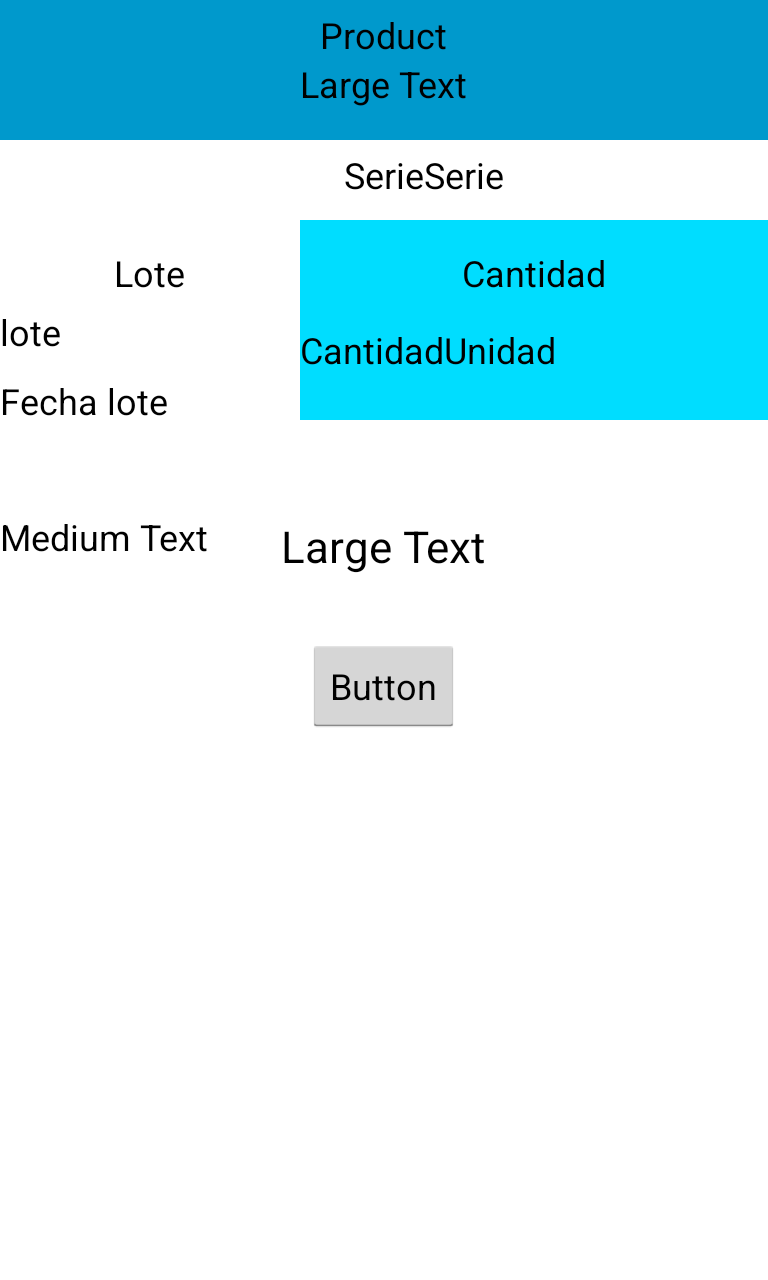
Repository: moynard/PeanutAndroid
Layout: WHSStorekeeper/res/layout/detail_picklist.xml
An editor plug-in stored every save of this project. The layout is shown before and after the next save, followed by the edit.
It is drawn on a 768 x 1280 px phone screen (xhdpi) without system bars, with theme AppTheme; the app's code is not run.

Above is the layout before, as saved 2013-07-24 05:02:09.

### WHSStorekeeper/res/layout/detail_picklist.xml
<?xml version="1.0" encoding="utf-8"?>
<RelativeLayout xmlns:android="http://schemas.android.com/apk/res/android"
    android:layout_width="match_parent"
    android:layout_height="match_parent"
    android:orientation="vertical" >

    <RelativeLayout
        android:id="@+id/relativeLayout1"
        android:layout_width="fill_parent"
        android:layout_height="70dp"
        android:layout_alignParentLeft="true"
        android:layout_alignParentTop="true"
        android:background="@android:color/holo_blue_dark" >

        <TextView
            android:id="@+id/lblProducto"
            android:layout_width="wrap_content"
            android:layout_height="wrap_content"
            android:layout_alignParentTop="true"
            android:layout_centerHorizontal="true"
            android:layout_marginTop="5dp"
            android:text="Product"
            android:textAppearance="?android:attr/textAppearanceMedium" />

        <TextView
            android:id="@+id/txtProducto"
            android:layout_width="wrap_content"
            android:layout_height="wrap_content"
            android:layout_below="@+id/lblProducto"
            android:layout_centerHorizontal="true"

            android:text="Large Text"
            android:textAppearance="?android:attr/textAppearanceMedium" />
    </RelativeLayout>

    <RelativeLayout
        android:id="@+id/layoutdetail"
        android:layout_width="fill_parent"
        android:layout_height="fill_parent"
        android:layout_below="@+id/relativeLayout1"
        >

        <RelativeLayout
            android:id="@+id/layoutSerie"
            android:layout_width="fill_parent"
            android:layout_height="40dp"
            android:layout_alignParentTop="true"
            >

              <TextView
            android:id="@+id/lblserie"
            android:layout_width="wrap_content"
            android:layout_height="wrap_content"
            android:layout_centerHorizontal="true"
            android:layout_marginTop="5dp"
            android:text="Serie"
            android:textAppearance="?android:attr/textAppearanceMedium" />
                <TextView
            android:id="@+id/txtSerie"
            android:layout_width="wrap_content"
            android:layout_height="wrap_content"
          	android:layout_toRightOf="@+id/lblserie"
            android:layout_marginTop="5dp"
            android:text="Serie"
            android:textAppearance="?android:attr/textAppearanceMedium" />
        </RelativeLayout>

        <RelativeLayout
            android:id="@+id/layoutCantidad"
            android:layout_toRightOf="@+id/layoutLote"
            android:layout_below="@+id/layoutSerie"
            android:layout_width="150dp"
            android:layout_height="100dp"
            android:layout_alignParentRight="true"
          	android:background="@android:color/holo_blue_bright"
          >

            <TextView
                android:id="@+id/lblCantidad"
                android:layout_width="wrap_content"
                android:layout_height="wrap_content"
                android:layout_alignParentTop="true"
                android:layout_centerHorizontal="true"
                android:layout_marginTop="14dp"
                android:text="Cantidad"
                android:textAppearance="?android:attr/textAppearanceMedium" />
            <TextView
                android:id="@+id/txtCantidad"
                android:layout_width="wrap_content"
                android:layout_height="wrap_content"
                android:layout_below="@+id/lblCantidad"
                android:layout_marginTop="14dp"
                android:text="Cantidad"
                android:textAppearance="?android:attr/textAppearanceMedium" />
            <TextView
                android:id="@+id/txtUnidad"
                android:layout_width="wrap_content"
                android:layout_height="wrap_content"
                android:layout_below="@+id/lblCantidad"
                android:layout_toRightOf="@+id/txtCantidad"
                android:layout_marginTop="14dp"
                android:text="Unidad"
                android:textAppearance="?android:attr/textAppearanceMedium" />

        </RelativeLayout>

        <RelativeLayout
            android:id="@+id/layoutLote"
            android:layout_below="@+id/layoutSerie"

            android:layout_width="150dp"
            android:layout_height="100dp"
            android:layout_alignParentLeft="true"
          >
             <TextView
                android:id="@+id/lbLote"
                android:layout_width="wrap_content"
                android:layout_height="wrap_content"
                android:layout_alignParentTop="true"
                android:layout_centerHorizontal="true"
                android:layout_marginTop="14dp"
                android:text="Lote"
                android:textAppearance="?android:attr/textAppearanceMedium" />
            <TextView
                android:id="@+id/txtlote"
                android:layout_width="wrap_content"
                android:layout_height="wrap_content"
                android:layout_below="@+id/lbLote"
                android:layout_marginTop="5dp"
                android:text="lote"
                android:textAppearance="?android:attr/textAppearanceMedium" />
             <TextView
                android:id="@+id/txtFecalote"
                android:layout_width="wrap_content"
                android:layout_height="wrap_content"
                android:layout_below="@+id/txtlote"
                android:layout_marginTop="10dp"
                android:text="Fecha lote"
                android:textAppearance="?android:attr/textAppearanceMedium" />

        </RelativeLayout>

        <RelativeLayout
            android:id="@+id/layoutinfo"
            android:layout_width="fill_parent"
            android:layout_height="fill_parent"

            android:layout_below="@+id/layoutLote"

             >





             <RelativeLayout
                 android:id="@+id/layoutAutocomplete"
                 android:layout_width="fill_parent"
                 android:layout_height="fill_parent"
                  android:layout_alignParentLeft="true"
                 android:layout_alignParentTop="true"
                 android:layout_marginTop="30dp"
                 >

                  <Button
                      android:id="@+id/sendUbicacion"
                      android:layout_width="wrap_content"
                      android:layout_height="wrap_content"
                      android:layout_centerHorizontal="true"
                      android:layout_marginTop="79dp"
                      android:text="Button" />

                  <TextView
                      android:id="@+id/lblUbicacion"
                      android:layout_width="wrap_content"
                      android:layout_height="wrap_content"
                      android:layout_alignParentTop="true"
                      android:layout_centerHorizontal="true"
                      android:layout_marginTop="18dp"
                      android:text="Large Text"
                      android:textAppearance="?android:attr/textAppearanceLarge" />

                  <TextView
                      android:id="@+id/txtUbicacion"
                      android:layout_width="wrap_content"
                      android:layout_height="wrap_content"
                      android:layout_alignLeft="@+id/textView1"
                      android:layout_below="@+id/textView1"
                      android:layout_marginTop="16dp"
                      android:text="Medium Text"
                      android:textAppearance="?android:attr/textAppearanceMedium" />

             </RelativeLayout>

        </RelativeLayout>

    </RelativeLayout>

</RelativeLayout>

Loaded but not shown: WHSStorekeeper/res/values/styles.xml (common file); WHSStorekeeper/res/values-v11/styles.xml (common file); WHSStorekeeper/res/values-v14/styles.xml (common file)

After the next save:
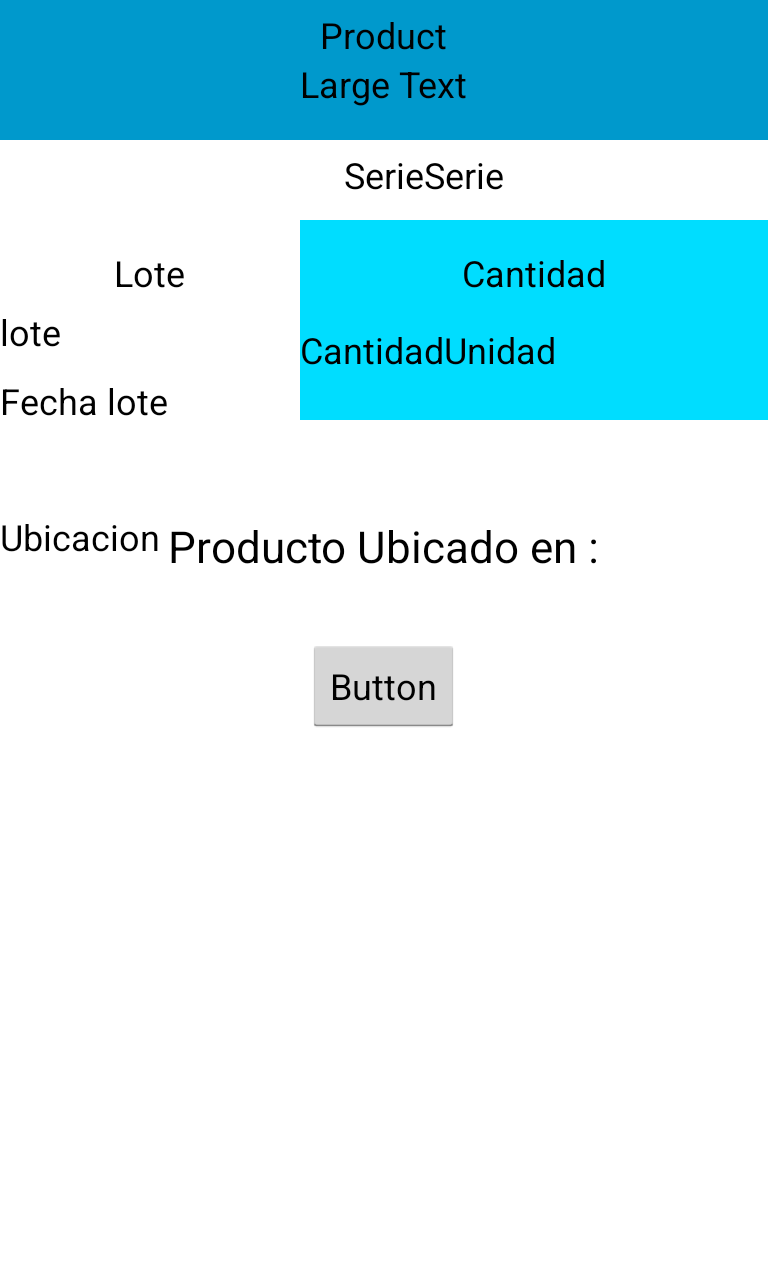
Saved 26 s later.
--- a/WHSStorekeeper/res/layout/detail_picklist.xml
+++ b/WHSStorekeeper/res/layout/detail_picklist.xml
@@ -177,7 +177,7 @@
                       android:layout_alignParentTop="true"
                       android:layout_centerHorizontal="true"
                       android:layout_marginTop="18dp"
-                      android:text="Large Text"
+                      android:text="Producto Ubicado en :"
                       android:textAppearance="?android:attr/textAppearanceLarge" />
 
                   <TextView
@@ -187,7 +187,7 @@
                       android:layout_alignLeft="@+id/textView1"
                       android:layout_below="@+id/textView1"
                       android:layout_marginTop="16dp"
-                      android:text="Medium Text"
+                      android:text="Ubicacion"
                       android:textAppearance="?android:attr/textAppearanceMedium" />
 
              </RelativeLayout>
